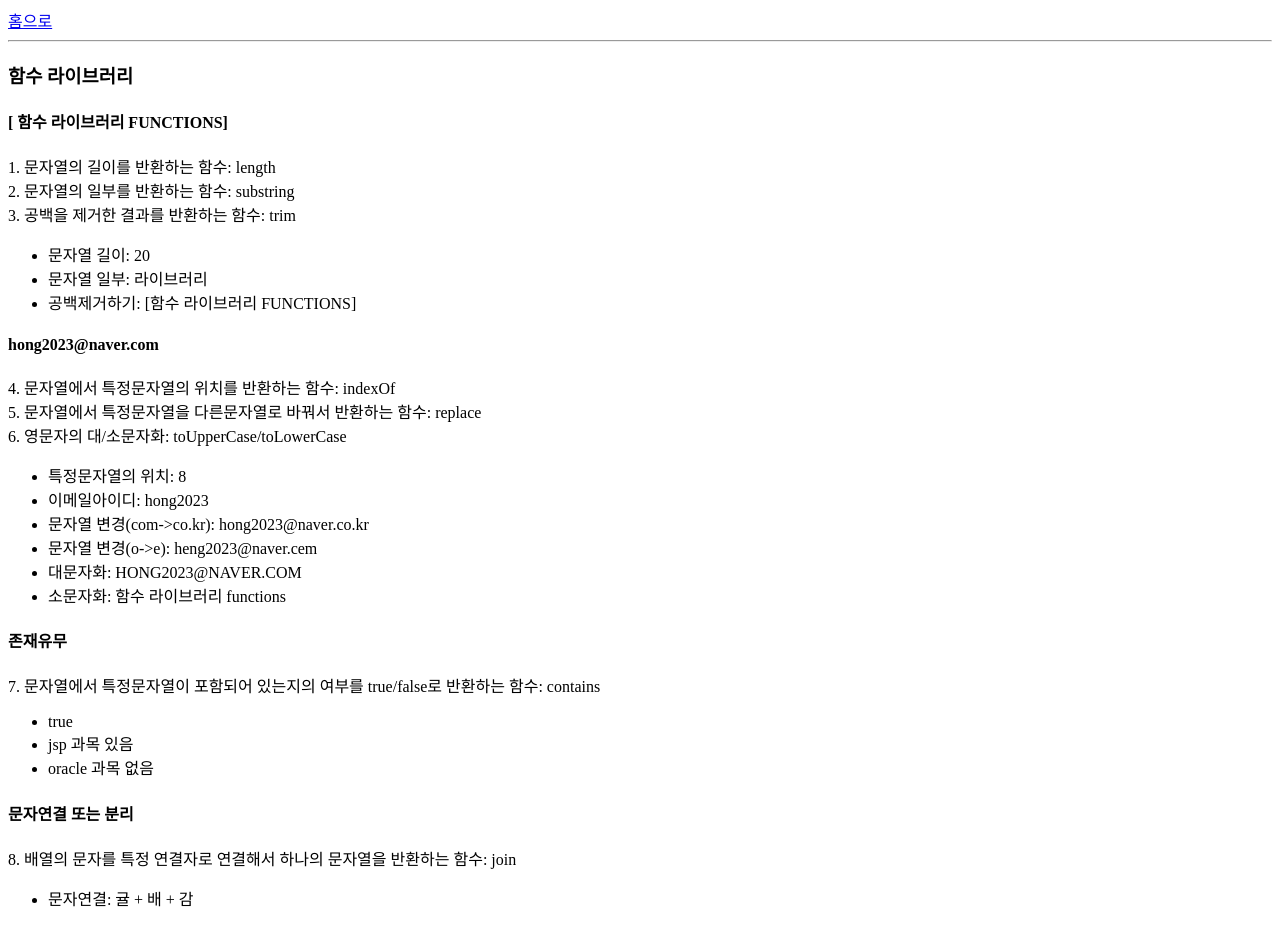
Repository: linklifejo/study_web
Page: http://localhost/servlet02/jstl/functions.jsp
The author's editor kept a copy of each file at every save. The page is drawn from the files as they stood at one save, then again after the next save.
The browser window is 1280 px wide. The pictures show the whole page.
The page is served by Tomcat 9.

Above is the page before, as saved 2023-02-08 02:07:49.

After the next save:
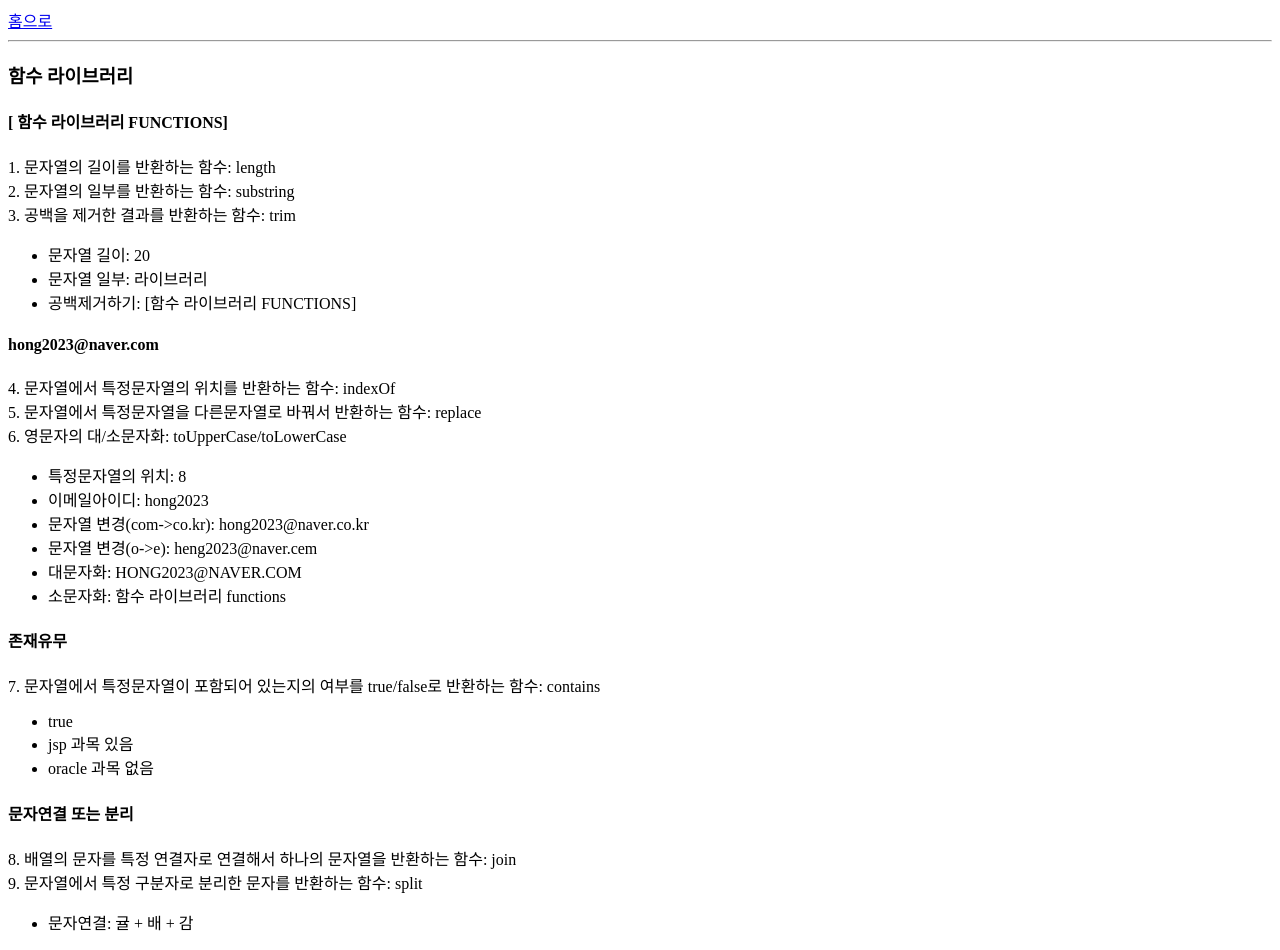
Saved 45 s later.
--- a/servlet02/src/main/webapp/jstl/functions.jsp
+++ b/servlet02/src/main/webapp/jstl/functions.jsp
@@ -52,6 +52,7 @@
 <c:set var='fruits' value='<%=fruits%>'/>
 <h4>문자연결 또는 분리</h4>
 <div>8. 배열의 문자를 특정 연결자로 연결해서 하나의 문자열을 반환하는 함수: join</div>
+<div>9. 문자열에서 특정 구분자로 분리한 문자를 반환하는 함수: split</div>
 <ul>
 	<li>문자연결: ${fn: join(fruits, ' + ') }</li>
 </ul>
